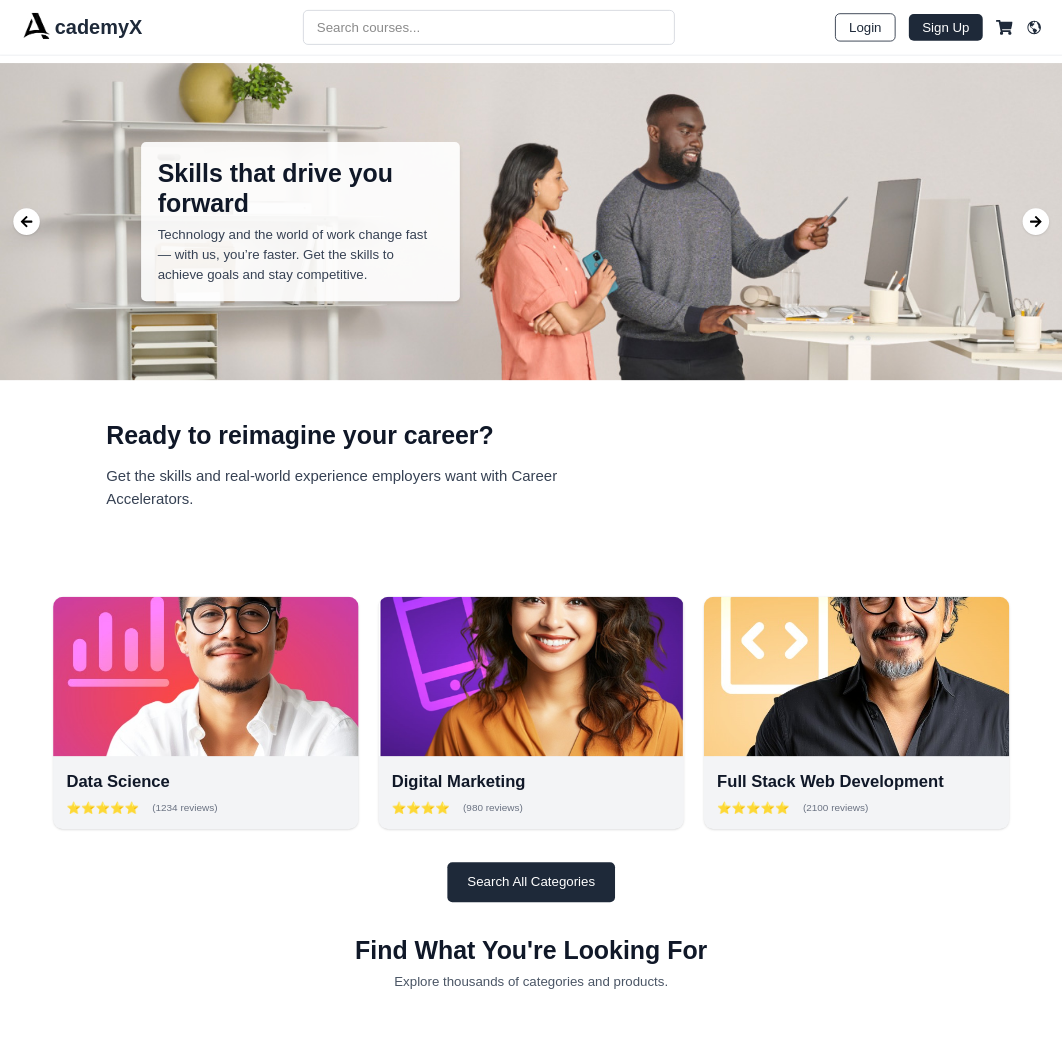
Repository: MohamedSalah54/full-stack-e-learning
Page: / (app in frontend/)
An editor plug-in stored every save of this project. The page is shown before and after the next save, followed by the edit.
The browser window is 1280 px wide. The pictures show the whole page, at 83% of full size.
The project was rebuilt for these pictures with package versions that can differ from the ones it lists, and the page was loaded fresh each time. The framework's server and built-in components were replaced by stand-ins that run in the browser. Also part of the build but not shown: frontend/next.config.ts.

Above is the page before, as saved 2025-06-15 14:11:35.

After the next save:
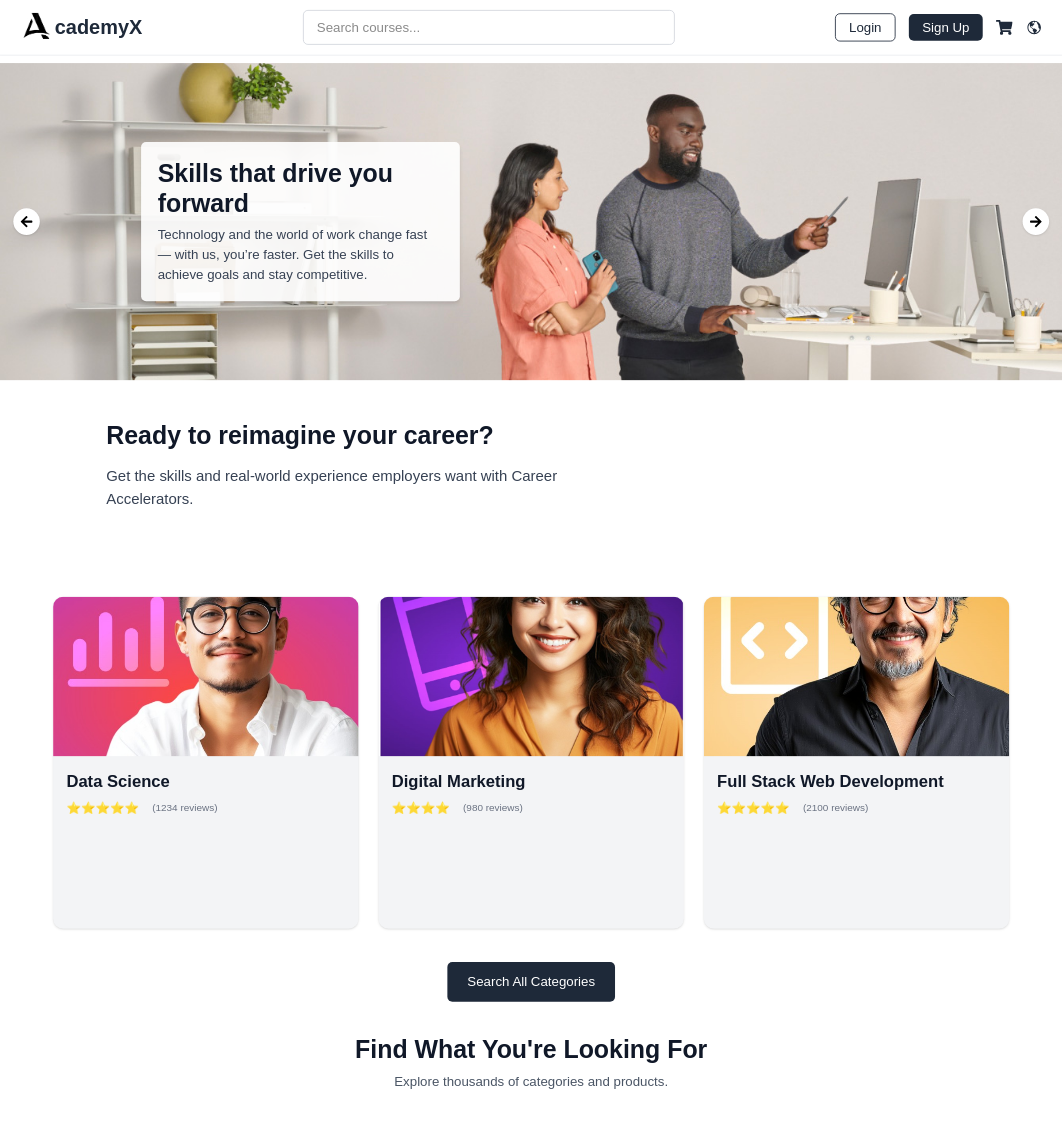
Saved 110 s later.
--- a/frontend/src/components/home/HeroCategories.tsx
+++ b/frontend/src/components/home/HeroCategories.tsx
@@ -25,7 +25,10 @@
       {/* Cards */}
       <div className="max-w-6xl mx-auto grid grid-cols-1 sm:grid-cols-2 md:grid-cols-3 gap-6">
         {categories.map((cat, index) => (
-          <div key={index} className="bg-gray-100 rounded-xl overflow-hidden shadow hover:shadow-lg transition">
+<div
+  key={index}
+  className="bg-gray-100 rounded-xl overflow-hidden shadow hover:shadow-lg transition min-h-[400px]"
+>
             <img src={cat.image} alt={cat.title} className="w-full h-48 object-cover" />
             <div className="p-4">
               <h3 className="text-xl font-semibold text-gray-900 mb-2">{cat.title}</h3>

After the 3 saves that followed:
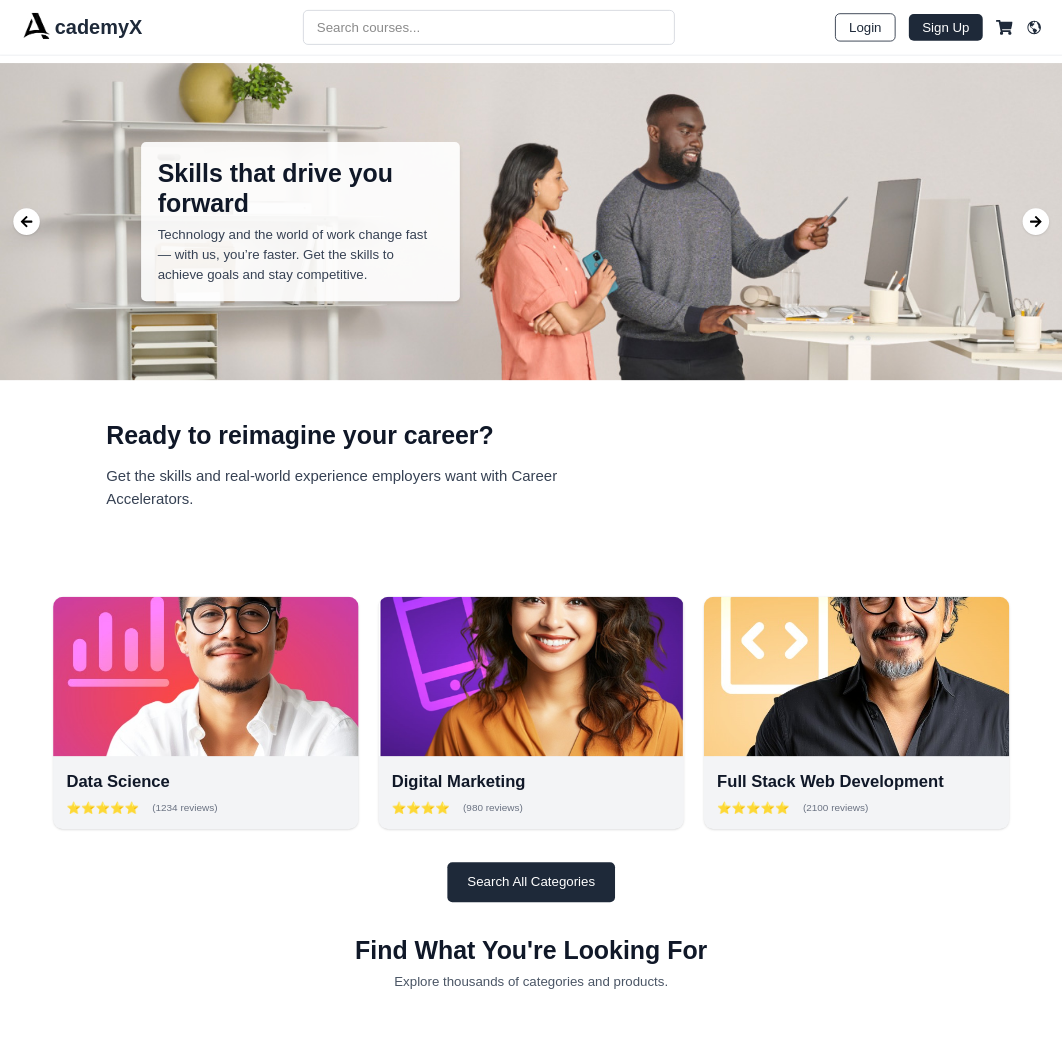
The 3 saves are shown as one change because 1 left the picture as it was and some came seconds apart.
The last was saved 59 s later.
--- a/frontend/src/components/home/HeroCategories.tsx
+++ b/frontend/src/components/home/HeroCategories.tsx
@@ -25,10 +25,7 @@
       {/* Cards */}
       <div className="max-w-6xl mx-auto grid grid-cols-1 sm:grid-cols-2 md:grid-cols-3 gap-6">
         {categories.map((cat, index) => (
-<div
-  key={index}
-  className="bg-gray-100 rounded-xl overflow-hidden shadow hover:shadow-lg transition min-h-[400px]"
->
+          <div key={index} className="bg-gray-100 rounded-xl overflow-hidden shadow hover:shadow-lg transition">
             <img src={cat.image} alt={cat.title} className="w-full h-48 object-cover" />
             <div className="p-4">
               <h3 className="text-xl font-semibold text-gray-900 mb-2">{cat.title}</h3>
